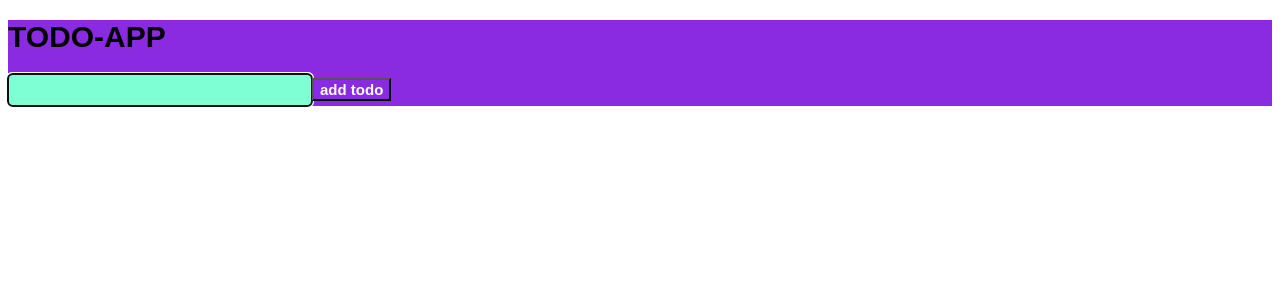
Repository: bilelsalemdev/todo-app
Page: /
The author's editor kept a copy of each file at every save. The page is drawn from the files as they stood at one save, then again after the next save.
The browser window is 1280 px wide. The pictures show the whole page.
The first visible `.input` has the focus.
The project was rebuilt for these pictures with package versions that can differ from the ones it lists, and the page was loaded fresh each time.

Above is the page before, as saved 2022-11-04 18:03:55.

### src/App.js

import './App.css';
import { useState } from 'react';

function App() {
  const [value, setValue ] = useState('')
  const [datas, setData] = useState([])
  const handleClick = () => {
    if(value === ''){
      return
    }
   /*  if(e.key==='Enter')
    {
      setData([...datas, value]);
      setValue("");
    } */
    setData([...datas, value]);
    setValue("");
  }
  const handleChange = (e) => {
    setValue(e.target.value)
  }
  return (
    <div className='body'>
      <h1 className='header' >TODO-APP</h1>
      <input className='input' type="text" onChange={(e) => handleChange(e)} value={value} />
      <button className='button' onClick={ handleClick} >add todo</button>
      <ul className='list'>
      {datas.map((data, index) => (<li key={index} className='item'>{data}</li>) )}
      </ul>
    </div>
  );
}

export default App;

### src/App.css
.body{
  background-color:blueviolet
}
.header{
  font-size:30px;
  font-family: sans-serif;
  font-weight:bold;

}
.input {
  border-radius: 5px;
  border: none;
  background-color: aquamarine;
width: 300px;
height: 30px;
color: white;
}
.input:hover{
  background-color:azure;

}
.button{
  background-color: blueviolet;
  color: white;
  font-size:15px;
  font-weight: bold;
  font-family: sans-serif;

}
.list{
  font-family: sans-serif;
}
.item{
  list-style-type: none;
  color: white;
}

Loaded but not shown: public/index.html (common file); src/index.js (common file); public/manifest.json (common file)

After the next save:
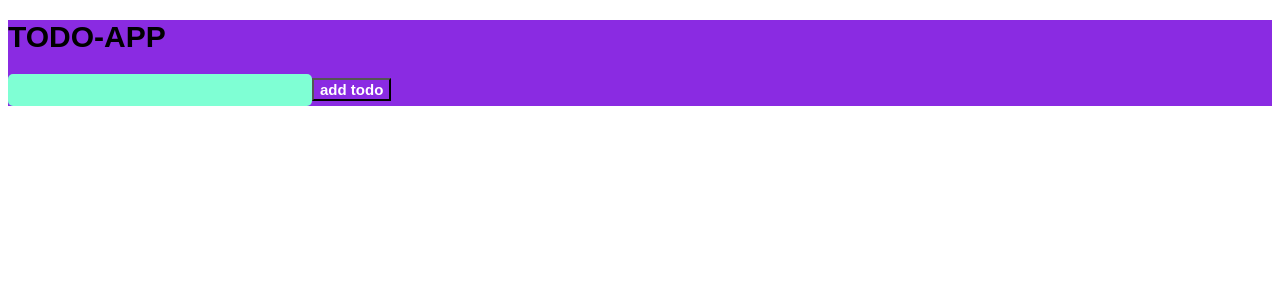
Saved 15 s later.
--- a/src/App.css
+++ b/src/App.css
@@ -19,6 +19,9 @@ color: white;
   background-color:azure;
 
 }
+.input:focus{
+  outline: none;
+}
 .button{
   background-color: blueviolet;
   color: white;
